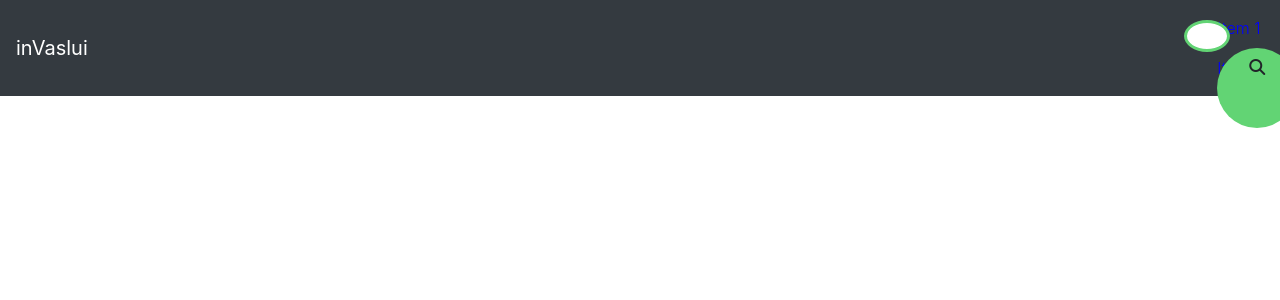
Repository: nicolasolo/in-vaslui
Page: index.html
The author's editor kept a copy of each file at every save. The page is drawn from the files as they stood at one save, then again after a run of saves.
The browser window is 1280 px wide. The pictures show the whole page.
Some web libraries are served in a nearby version.

Above is the page before, as saved 2020-03-29 21:10:05.

### index.html
<!DOCTYPE html>
<!--[if lt IE 7]>      <html class="no-js lt-ie9 lt-ie8 lt-ie7"> <![endif]-->
<!--[if IE 7]>         <html class="no-js lt-ie9 lt-ie8"> <![endif]-->
<!--[if IE 8]>         <html class="no-js lt-ie9"> <![endif]-->
<!--[if gt IE 8]><!--> <html class="no-js"> <!--<![endif]-->
    <head>
        <meta charset="utf-8">
        <meta http-equiv="X-UA-Compatible" content="IE=edge">
        <title></title>
        <meta name="description" content="">
        <meta name="viewport" content="width=device-width, initial-scale=1">
        <link rel="stylesheet" href="https://stackpath.bootstrapcdn.com/bootstrap/4.4.1/css/bootstrap.min.css" integrity="sha384-Vkoo8x4CGsO3+Hhxv8T/Q5PaXtkKtu6ug5TOeNV6gBiFeWPGFN9MuhOf23Q9Ifjh" crossorigin="anonymous">
        <script src="https://kit.fontawesome.com/9e80a3f6b7.js" crossorigin="anonymous"></script>
        <link rel="stylesheet" href="./css/vaslui.css">

    </head>
    <body>
        <!--[if lt IE 7]>
            <p class="browsehappy">You are using an <strong>outdated</strong> browser. Please <a href="#">upgrade your browser</a> to improve your experience.</p>
        <![endif]-->
        <header>
            <nav class="navbar navbar-dark bg-dark fixed-top">
                <a class="navbar-brand">inVaslui</a>


                <div class="searc-box">
                    <input type="text" class="input" placeholder="Search">
                    <div class="btn">
                        <i class="fa-search fas" aria-hidden="true"></i>
                    </div>
                </div>

                <div id="side_nav">
                    <ul class="navbar-nav mr-auto">
                        <li class="nav-item active">
                            <a class="nav-link" href="#">Item 1 <span class="sr-only">(current)</span></a>
                        </li>
                        <li class="nav-item">
                            <a class="nav-link disabled" href="#" tabindex="-1" aria-disabled="true">Item 2</a>
                        </li>
                    </ul>
                </div>


                </div>
            </nav>
        </header>
        <script src="https://code.jquery.com/jquery-3.4.1.slim.min.js" integrity="sha384-J6qa4849blE2+poT4WnyKhv5vZF5SrPo0iEjwBvKU7imGFAV0wwj1yYfoRSJoZ+n" crossorigin="anonymous"></script>
<script src="https://cdn.jsdelivr.net/npm/popper.js@1.16.0/dist/umd/popper.min.js" integrity="sha384-Q6E9RHvbIyZFJoft+2mJbHaEWldlvI9IOYy5n3zV9zzTtmI3UksdQRVvoxMfooAo" crossorigin="anonymous"></script>
<script src="https://stackpath.bootstrapcdn.com/bootstrap/4.4.1/js/bootstrap.min.js" integrity="sha384-wfSDF2E50Y2D1uUdj0O3uMBJnjuUD4Ih7YwaYd1iqfktj0Uod8GCExl3Og8ifwB6" crossorigin="anonymous"></script>
        <script src="" async defer></script>
        <script src="./js/vaslui.js"></script>
    </body>
</html>

### css/vaslui.css
a.navbar-brand{
    margin: auto;
    text-align: center;
    flex: content;
    display: flex;
    align-self: center;
}

.search-box{
    width: 5rem;
    height: auto;
    position: relative;
}
.input{
    position: absolute;
    top: 20px;
    right: 50px;
    box-sizing: border-box;
    width: 0px;
    height: 2rem;
    padding: 0 20px;
    outline: none;
    font-size: 18px;
    border-radius: 50%;
    color: #29313a;
    border: 3px solid #62d474;
    transition: all 0.8s ease;

}

::-webkit-input-placeholder{
    color: #62d474;
}

::-moz-placeholder{
    color: #62d474;
}

:-ms-input-placeholder{
    color: #62d474;
}

.btn{
    position: absolute;
    width: 80px;
    height: 80px;
    background: #62d474;
    border-radius: 50%;
}
ul.navbar-nav{
    color: black;

}
#side_nav ul a.nav-link{
    font-weight: 300;
    color: blue;
}

### js/vaslui.js
var sideNav = document.querySelector('#side_nav');
var sideNavButton = document.querySelector(".navbar-toggler");



function openNav() {
    $sideNav.toggle().width="100%";
}
function closeNav(){
    sideNav.style.width="0";
}
$(document).ready(function(){

$("button").click(function() {
    $(sideNav).toggle(1000);
});
});

After the next 5 saves:
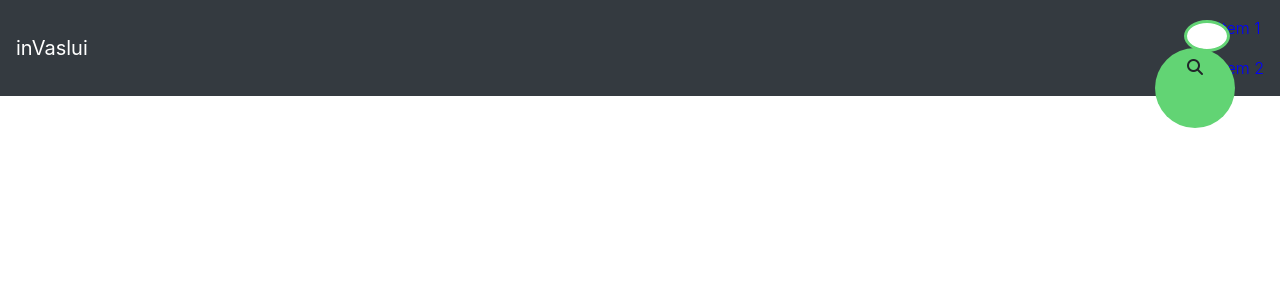
The 5 saves are shown as one change because they came seconds apart.
The last was saved 11 s later.
--- a/css/vaslui.css
+++ b/css/vaslui.css
@@ -46,6 +46,8 @@ a.navbar-brand{
     height: 80px;
     background: #62d474;
     border-radius: 50%;
+    right: 45px;
+
 }
 ul.navbar-nav{
     color: black;
